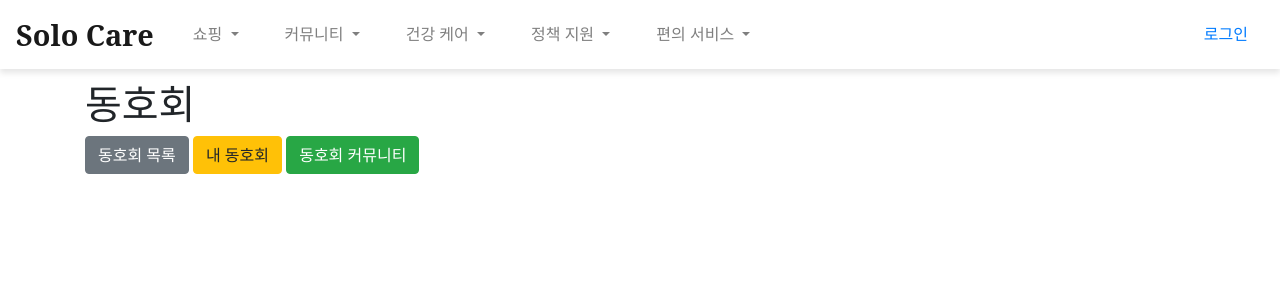
Repository: HB1112/cloud
Page: http://localhost/Solocare/WEB-INF/views/club/clubBoard.jsp
The author's editor kept a copy of each file at every save. The page is drawn from the files as they stood at one save, then again after the next save.
The browser window is 1280 px wide. The pictures show the whole page.
The page is served by Tomcat 9. Nobody is signed in. Other server files are loaded and not shown. The template is opened directly, without the code that normally fills it, so the values that code supplies are empty.

Above is the page before, as saved 2024-12-18 02:27:56.

### Solocare/src/main/webapp/WEB-INF/views/club/clubBoard.jsp
<%@ page language="java" contentType="text/html; charset=UTF-8"
    pageEncoding="UTF-8"%>
<!DOCTYPE html>
<html>
<head>
<meta charset="UTF-8">
<link rel="stylesheet" href="https://maxcdn.bootstrapcdn.com/bootstrap/4.5.2/css/bootstrap.min.css">
<link href="https://fonts.googleapis.com/css2?family=Noto+Sans:wght@400;500;700&family=Noto+Serif:wght@400;700&display=swap" rel="stylesheet">
<link href="https://cdnjs.cloudflare.com/ajax/libs/font-awesome/5.15.4/css/all.min.css" rel="stylesheet">
<script src="https://code.jquery.com/jquery-3.5.1.slim.min.js"></script>
<script src="https://cdn.jsdelivr.net/npm/@popperjs/core@2.9.2/dist/umd/popper.min.js"></script>
<script src="https://maxcdn.bootstrapcdn.com/bootstrap/4.5.2/js/bootstrap.min.js"></script>
<title>동호회 커뮤니티</title>
<style>
    body {
        margin-top: 80px; /* 내비게이션 바의 높이에 맞게 여백 추가 */
    }
</style>
</head>
<body>
	<nav class="navbar navbar-expand-lg navbar-light fixed-top">
        <%@ include file="../menu.jsp"%>
    </nav>

	<div class="container mt-4"> <!-- 추가적인 여백을 위해 container 사용 -->
		<h1>동호회</h1>
		<nav>
			<a href="list" class="btn btn-secondary">동호회 목록</a>
			<form action="myclub" method="post" style="display: inline;">
			    <input type="hidden" name="id" value="${mem.id}"> <!-- 세션에서 가져온 멤버 ID로 설정 -->
			    <button type="submit" class="btn btn-warning">내 동호회</button>
			</form>
			<form action="community" method="post" style="display: inline;">
			    <input type="hidden" name="id" value="${mem.id}"> <!-- 세션에서 가져온 멤버 ID로 설정 -->
			    <button type="submit" class="btn btn-success">동호회 커뮤니티</button> <!-- 세션 ID를 포함한 버튼 -->
			</form>
		</nav>
	</div>
</body>
</html>

### Solocare/src/main/webapp/WEB-INF/views/menu.jsp
<%@ page contentType="text/html; charset=UTF-8" language="java" %>
   <style>
        body {
            font-family: 'Noto Sans', sans-serif;
        }
        .navbar {
            background-color: white;
            box-shadow: 0 4px 6px rgba(0, 0, 0, 0.1);
        }
        .navbar-brand {
            font-family: 'Noto Serif', serif;
            font-size: 1.8rem;
            font-weight: bold;
            color: #005B96;
            transition: transform 0.3s ease;
        }
        .navbar-brand:hover {
            transform: scale(1.1);
        }
        .navbar-nav .nav-link {
            margin: 0 15px;
            color: #005B96;
            font-weight: 500;
            transition: all 0.3s ease;
        }
        .navbar-nav .nav-link:hover {
            color: #FFD700;
            transform: translateY(-3px);
        }
        .dropdown-menu {
            background: #f8f9fa;
            border: none;
            border-radius: 5px;
            box-shadow: 0 4px 8px rgba(0, 0, 0, 0.1);
        }
        .dropdown-item {
            color: #005B96;
            font-weight: 500;
        }
        .dropdown-item:hover {
            background: #005B96;
            color: white;
        }
        .search {
            display: flex;
            align-items: center;
            margin-left: auto; /* 오른쪽 끝으로 붙이기 */
        }
        .search input {
            border-radius: 30px;
            border: 2px solid #005B96;
            margin-right: 10px; /* 검색창과 버튼 사이 간격 */
        }
        .search button {
            color: white;
            background: #005B96;
            border-radius: 50%;
            border: none;
            padding: 5px 10px;
        }
        .user-links {
        	display : flex;
            margin-left: 20px; /* 로그인/회원가입 간격 */
        }
        .main-content {
            margin-top: 80px; /* 내비게이션 바 높이에 맞춰 여백 추가 */
        }
        .navbar-collapse {
		    display: flex;
		    justify-content: space-between; /* 양쪽 끝으로 배치 */
		    width: 100%; /* 전체 너비 사용 */
		}
    </style>
<link href="https://fonts.googleapis.com/css2?family=Montserrat:wght@400;700&display=swap" rel="stylesheet">
<nav class="navbar navbar-expand-lg navbar-light fixed-top" style="font-family: 'Montserrat', sans-serif;">
    <a class="navbar-brand" href="/Solocare/home">Solo Care</a>
    <button class="navbar-toggler" type="button" data-toggle="collapse" data-target="#navbarNav" aria-controls="navbarNav" aria-expanded="false" aria-label="Toggle navigation">
        <span class="navbar-toggler-icon"></span>
    </button>
    <div class="collapse navbar-collapse" id="navbarNav">
        <ul class="navbar-nav">
            <li class="nav-item dropdown">
                <a class="nav-link dropdown-toggle" href="#" id="shoppingDropdown" role="button" data-toggle="dropdown" aria-haspopup="true" aria-expanded="false">
                    쇼핑
                </a>
                <div class="dropdown-menu" aria-labelledby="shoppingDropdown">
                    <a class="dropdown-item" href="search">1인 가구 맞춤 가전 제품</a>
                    <a class="dropdown-item" href="#">1인 가구 맞춤 식자재</a>
                    <a class="dropdown-item" href="#">보안 제품 추천</a>
                </div>
            </li>
            <li class="nav-item dropdown">
                <a class="nav-link dropdown-toggle" href="#" id="homeCareDropdown" role="button" data-toggle="dropdown" aria-haspopup="true" aria-expanded="false">
                    커뮤니티
                </a>
                <div class="dropdown-menu" aria-labelledby="homeCareDropdown">
                    <a class="dropdown-item" href="board?category=tip&page=1">정보 공유 (집 꾸미기, 생활 팁)</a>
                    <a class="dropdown-item" href="tradeboard">중고거래</a>
                    <a class="dropdown-item" href="club/clubs">동호회</a>
                </div>
            </li>
            <li class="nav-item dropdown">
                <a class="nav-link dropdown-toggle" href="#" id="safetyHealthDropdown" role="button" data-toggle="dropdown" aria-haspopup="true" aria-expanded="false">
                    건강 케어
                </a>
                <div class="dropdown-menu" aria-labelledby="safetyHealthDropdown">
                    <a class="dropdown-item" href="#">간단한 홈트레이닝 영상 제공</a>
                    <a class="dropdown-item" href="#">건강 데이터 통합 관리</a>
                    <a class="dropdown-item" href="#">집 주변 약국 운영시간, 야간운영? 정보</a>
                </div>
            </li>
            <li class="nav-item dropdown">
                <a class="nav-link dropdown-toggle" href="#" id="policyDropdown" role="button" data-toggle="dropdown" aria-haspopup="true" aria-expanded="false">
                    정책 지원
                </a>
                <div class="dropdown-menu" aria-labelledby="policyDropdown">
                    <a class="dropdown-item" href="#">사회성 증진 프로그램</a>
                    <a class="dropdown-item" href="#">지원 혜택</a>
                    <a class="dropdown-item" href="#">응급 대처 가이드</a>
                </div>
            </li>
            <li class="nav-item dropdown">
                <a class="nav-link dropdown-toggle" href="#" id="serviceDropdown" role="button" data-toggle="dropdown" aria-haspopup="true" aria-expanded="false">
                    편의 서비스
                </a>
                <div class="dropdown-menu" aria-labelledby="serviceDropdown">
                    <a class="dropdown-item" href="#">정기 구독 식품, 청소, 심부름</a>
                    <a class="dropdown-item" href="#">안심 귀가 루트 추천</a>
                </div>
            </li>
        </ul>

        <%
            if (request.getSession().getAttribute("mem") != null) {
        %>
            <div class="user-links">
                <p>${mem.name}님 환영합니다</p>
                <a href="infocheck" class="nav-link">내 정보</a>
                <a href="logout" class="nav-link">로그아웃</a>
                <a href="list" class="nav-link">일정관리</a>
            </div>
        <%
            } else {
        %>
            <div class="user-links">
                <a href="/Solocare/login" class="nav-link">로그인</a>
            </div>
        <%
            }
        %>
    </div>
</nav>

After the next save:
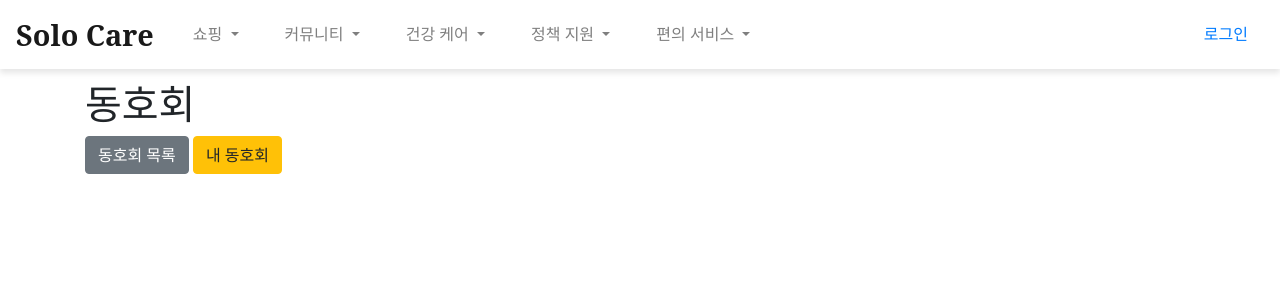
Saved 2 min 10 s later.
--- a/Solocare/src/main/webapp/WEB-INF/views/club/clubBoard.jsp
+++ b/Solocare/src/main/webapp/WEB-INF/views/club/clubBoard.jsp
@@ -30,10 +30,6 @@
 			    <input type="hidden" name="id" value="${mem.id}"> <!-- 세션에서 가져온 멤버 ID로 설정 -->
 			    <button type="submit" class="btn btn-warning">내 동호회</button>
 			</form>
-			<form action="community" method="post" style="display: inline;">
-			    <input type="hidden" name="id" value="${mem.id}"> <!-- 세션에서 가져온 멤버 ID로 설정 -->
-			    <button type="submit" class="btn btn-success">동호회 커뮤니티</button> <!-- 세션 ID를 포함한 버튼 -->
-			</form>
 		</nav>
 	</div>
 </body>
